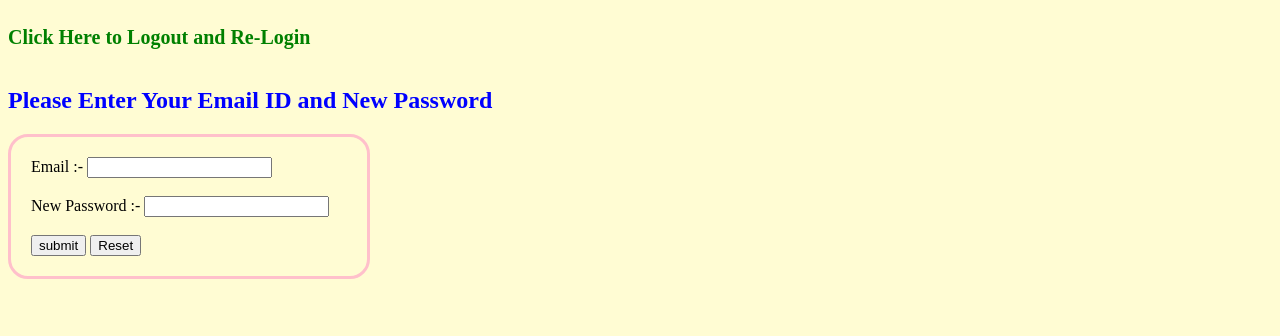
Repository: goutham-1998/Simplilearn_Projects_Repository
Page: http://localhost/sporty_shoes/WEB-INF/view/ForgotPassword.jsp
An editor plug-in stored every save of this project. The page is shown before and after the next save, followed by the edit.
The browser window is 1280 px wide. The pictures show the whole page.
The page is served by Tomcat 9. Nobody is signed in. The template is opened directly, without the code that normally fills it, so the values that code supplies are empty.

Above is the page before, as saved 2022-03-25 05:25:14.

After the next save:
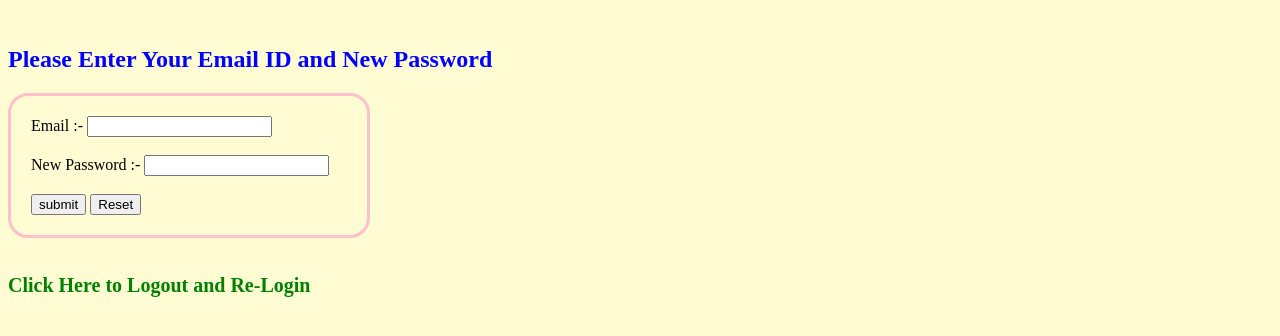
Saved 53 s later.
--- a/Phase-3 Assisted Projects/Phase-3 Project/sporty_shoes/src/main/webapp/WEB-INF/view/ForgotPassword.jsp
+++ b/Phase-3 Assisted Projects/Phase-3 Project/sporty_shoes/src/main/webapp/WEB-INF/view/ForgotPassword.jsp
@@ -8,8 +8,7 @@
 </head>
 <body style="background-color:rgb(255,252,211)">
 <br>
-<a href=Home.jsp style="color:Green;text-decoration:none ;font-size:20px;font-weight:bold;"> Click Here to Logout and Re-Login</a>
-<br><br>
+
 <h2 style="color:blue;">Please Enter Your Email ID and New Password</h2>
 <div style="border:3px solid pink;width:25%;border-radius:20px;padding:20px">
 <form action=adminForgotPassword method=post>
@@ -18,6 +17,8 @@
 	<input type=submit value=submit /> <input type=reset />
 </form>
 </div><br><br>
+<a href=Home.jsp style="color:Green;text-decoration:none ;font-size:20px;font-weight:bold;"> Click Here to Logout and Re-Login</a>
+<br><br>
 <p style="color:green;">${message}</p>
 </body>
 </html>
